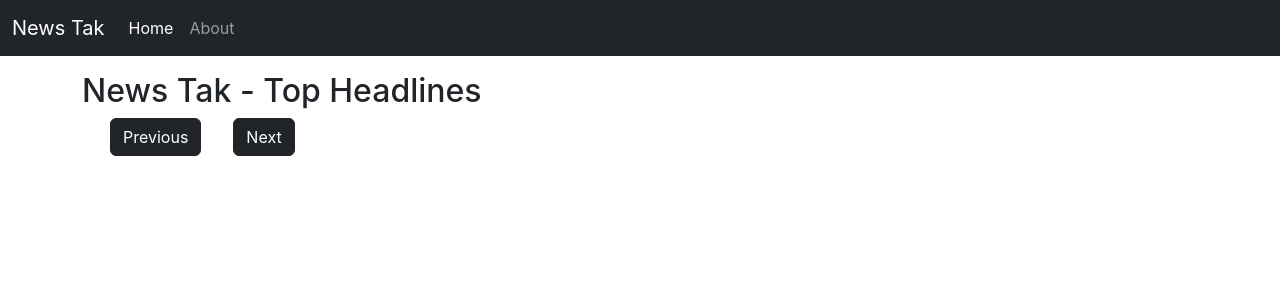
Repository: Rohit-foryou/News-website
Page: /entertainment
An editor plug-in stored every save of this project. The page is shown before and after the next save, followed by the edit.
The browser window is 1280 px wide. The pictures show the whole page.
The page's requests for data from a server got no answer. The project was rebuilt for these pictures with package versions that can differ from the ones it lists, and the page was loaded fresh each time. No one was signed in, and anything a server would have sent is missing. Also part of the build but not shown: src/Components/NewsItem.js.

Above is the page before, as saved 2023-12-22 20:37:49.

After the next save:
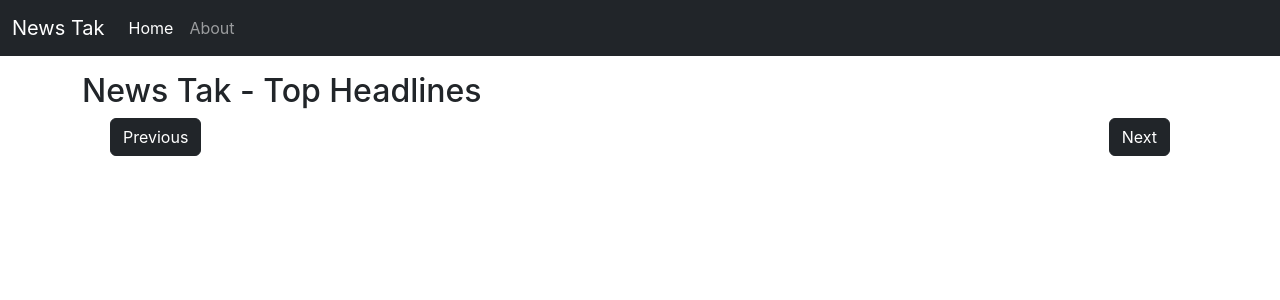
Saved 58 s later.
--- a/src/Components/News.js
+++ b/src/Components/News.js
@@ -38,7 +38,7 @@ export class News extends Component {
         })}
 
         </div>
-        <div className="container">
+        <div className="container d-flex justify-content-between">
             <button type="button" className="btn btn-dark mx-3">Previous</button>
             <button type="button" className="btn btn-dark mx-3">Next</button>
         </div>
